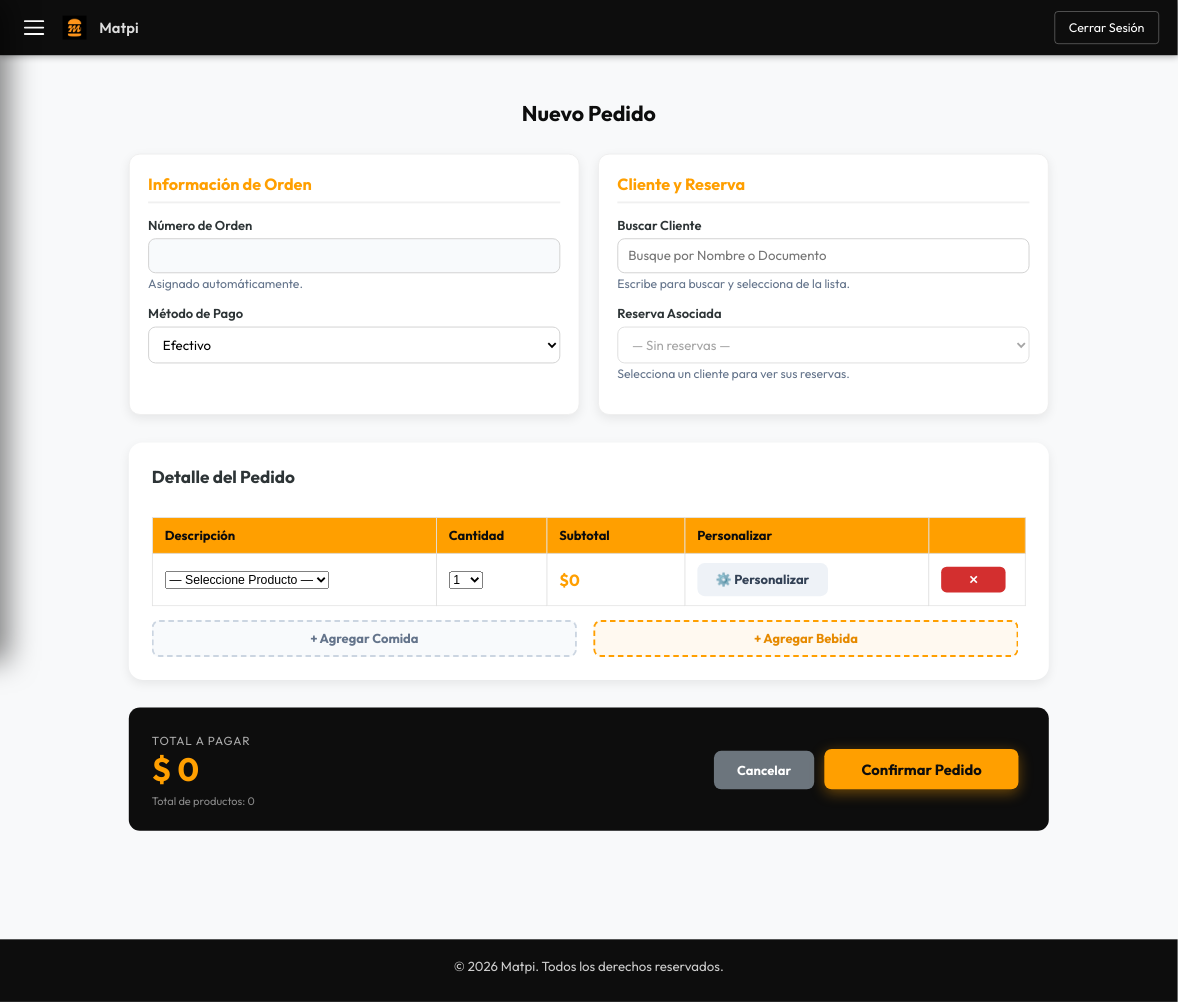
Repository: JuanFelipeNieto/MATPI-Python
Page: MATPI/Pedidos/templates/pedidos/registrar.html
These files come from the project's save history. The page is drawn as it stood at one moment and after the next save; the edit follows.
The browser window is 1280 px wide. The pictures show the whole page, at 92% of full size.
The template is drawn by Django 5.2. The application's start-up code is not run. Other server files are loaded and not shown. The template is opened directly, without the code that normally fills it, so the values that code supplies are empty.

Above is the page before, as saved 2026-03-17 19:40:42.

### MATPI/Pedidos/templates/pedidos/registrar.html
{% extends 'base.html' %}

{% block title %}Registrar Pedido — Matpi{% endblock %}

{% block extra_css %}
<style>
    .order-grid {
        display: grid;
        grid-template-columns: repeat(auto-fit, minmax(300px, 1fr));
        gap: 20px;
        margin-bottom: 30px;
    }
    .order-card {
        background: #fff;
        padding: 20px;
        border-radius: 12px;
        box-shadow: var(--shadow);
        border: 1px solid #eee;
    }
    .order-card h3 {
        font-size: 1.1rem;
        margin-bottom: 15px;
        color: var(--primary);
        border-bottom: 2px solid #f0f0f0;
        padding-bottom: 8px;
    }
    .products-section {
        background: #fff;
        padding: 25px;
        border-radius: 15px;
        box-shadow: var(--shadow);
        margin-bottom: 30px;
    }
    .total-banner {
        background: var(--black);
        color: var(--white);
        padding: 25px;
        border-radius: 12px;
        display: flex;
        justify-content: space-between;
        align-items: center;
        margin-bottom: 30px;
    }
    .total-banner h2 {
        margin: 0;
        color: var(--primary);
        font-size: 2.2rem;
    }
    .btn-detalles {
        background: #eef2f7;
        color: #334155;
    }
    .btn-detalles:hover {
        background: #e2e8f0;
    }
    .exclusion-item {
        display: flex;
        align-items: center;
        gap: 8px;
        padding: 6px 10px;
        background: #fff;
        border: 1px solid #e2e8f0;
        border-radius: 6px;
        margin-bottom: 4px;
        cursor: pointer;
        transition: all 0.2s;
    }
    .exclusion-item:hover {
        border-color: var(--primary);
    }
    .exclusion-item input {
        width: auto !important;
        margin: 0;
    }
    .fila-bebida {
        background-color: #fff9f0 !important;
    }
    .subtotal-fila {
        color: var(--primary);
        font-weight: 700;
    }
    .readonly-field {
        background-color: #f8fafc !important;
        font-weight: bold;
        color: var(--primary) !important;
    }
</style>
{% endblock %}

{% block content %}
<div class="formulario-seccion" style="max-width: 1000px; padding: 0; background: transparent; box-shadow: none;">
    <h1 style="margin-bottom: 30px;">Nuevo Pedido</h1>

    <form method="POST" action="{% url 'registrar_pedido' %}" id="order-form">
        {% csrf_token %}

        <div class="order-grid">
            <!-- Información General -->
            <div class="order-card">
                <h3>Información de Orden</h3>
                <div class="form-group">
                    <label for="txt_numero_orden">Número de Orden</label>
                    <input type="number" id="txt_numero_orden" name="txt_numero_orden" value="{{ prox_orden }}" readonly class="readonly-field">
                    <small style="color: #64748b;">Asignado automáticamente.</small>
                </div>
                <div class="form-group">
                    <label for="txt_metodo_pago">Método de Pago</label>
                    <select id="txt_metodo_pago" name="txt_metodo_pago" required>
                        <option value="Efectivo">Efectivo</option>
                        <option value="Tarjeta Débito">Tarjeta Débito</option>
                        <option value="Tarjeta Crédito">Tarjeta Crédito</option>
                        <option value="Nequi">Nequi</option>
                        <option value="Daviplata">Daviplata</option>
                        <option value="PSE">PSE</option>
                    </select>
                </div>
            </div>

            <!-- Cliente y Reserva -->
            <div class="order-card">
                <h3>Cliente y Reserva</h3>
                <div class="form-group">
                    <label for="txt_cliente_search">Buscar Cliente</label>
                    <input type="text" id="txt_cliente_search" list="clientes_list" name="txt_cliente_text" placeholder="Busque por Nombre o Documento" autocomplete="off" oninput="validarYFiltrarReservas(this.value)">
                    <datalist id="clientes_list">
                        {% for cliente in clientes %}
                        <option value="{{ cliente.nombre_completo }} ({{ cliente.id }})">
                        {% endfor %}
                    </datalist>
                    <small style="color: #64748b;">Escribe para buscar y selecciona de la lista.</small>
                </div>
                <div class="form-group">
                    <label for="txt_reserva">Reserva Asociada</label>
                    <select id="txt_reserva" name="txt_reserva" disabled>
                        <option value="">— Sin reservas —</option>
                        {% for reserva in reservas %}
                        <option value="{{ reserva.id }}" data-cliente="{{ reserva.cliente.id }}" style="display: none;">
                            Reserva #{{ reserva.id }} ({{ reserva.fecha|date:"d/m/Y" }})
                        </option>
                        {% endfor %}
                    </select>
                    <small id="reserva-help" style="color: #64748b;">Selecciona un cliente para ver sus reservas.</small>
                </div>
            </div>
        </div>

        <!-- Productos -->
        <div class="products-section">
            <h3 style="margin-bottom: 20px; font-weight: bold;">Detalle del Pedido</h3>
            <div class="table-responsive">
                <table class="custom-table" id="tabla-productos">
                    <thead>
                        <tr style="background: #f8fafc;">
                            <th>Descripción</th>
                            <th style="width: 120px;">Cantidad</th>
                            <th style="width: 150px;">Subtotal</th>
                            <th>Personalizar</th>
                            <th style="width: 50px;"></th>
                        </tr>
                    </thead>
                    <tbody id="body-productos">
                        <tr class="fila-producto" data-indice="0" data-tipo="producto">
                            <td>
                                <select name="producto_id[]" class="form-control select-producto" required onchange="actualizarComposicion_y_Precio(this)">
                                    <option value="">— Seleccione Producto —</option>
                                    {% for producto in productos %}
                                        {% if producto.categoria != 'Bebidas' %}
                                        <option value="{{ producto.id }}" data-precio="{{ producto.precio }}" data-composicion='{{ producto.composicion_json|safe }}'>
                                            {{ producto.nombre_producto }}
                                        </option>
                                        {% endif %}
                                    {% endfor %}
                                </select>
                            </td>
                            <td>
                                <select name="producto_cantidad[]" class="form-control select-cantidad" onchange="calcularTotal()">
                                    {% for i in "123456789"|make_list %}<option value="{{ forloop.counter }}">{{ forloop.counter }}</option>{% endfor %}
                                    <option value="10">10</option>
                                    <option value="15">15</option>
                                    <option value="20">20</option>
                                </select>
                            </td>
                            <td class="subtotal-fila" style="font-size: 1.1rem;">$0</td>
                            <td>
                                <button type="button" class="btn btn-detalles btn-sm" onclick="toggleDetalles(this)">
                                    ⚙️ Personalizar
                                </button>
                                <div class="detalles-producto" style="display: none; margin-top: 10px; background: #f8fafc; padding: 15px; border-radius: 8px; border: 1px solid #e2e8f0;">
                                    <p style="font-size: 0.85rem; font-weight: 600; margin-bottom: 8px; color: #64748b;">REMOVER INGREDIENTES:</p>
                                    <div class="lista-exclusiones"></div>
                                    <div style="margin-top: 12px;">
                                        <label style="font-size: 0.85rem; font-weight: 600; color: #64748b;">NOTAS:</label>
                                        <textarea name="producto_notas_0" class="form-control" rows="1" placeholder="Ej: término medio..."></textarea>
                                    </div>
                                </div>
                            </td>
                            <td>
                                <button type="button" class="btn btn-danger btn-sm" onclick="eliminarFilaProducto(this)" title="Borrar">✕</button>
                            </td>
                        </tr>
                    </tbody>
                </table>
            </div>

            <div style="display: flex; gap: 10px; margin-top: 15px;">
                <button type="button" class="btn btn-azul" onclick="agregarFilaProducto()" style="flex: 1; background: #f8fafc; border: 2px dashed #cbd5e1; color: #64748b;">
                    + Agregar Comida
                </button>
                <button type="button" class="btn btn-azul" onclick="agregarFilaBebida()" style="flex: 1; background: #fff9f0; border: 2px dashed #ff9f00; color: #e68a00;">
                    + Agregar Bebida
                </button>
            </div>
        </div>

        <!-- Total y Acciones -->
        <div class="total-banner">
            <div>
                <span style="text-transform: uppercase; font-size: 0.8rem; letter-spacing: 1px; color: #aaa;">Total a Pagar</span>
                <h2 id="valor-total-display">$0</h2>
                <p style="font-size: 0.75rem; color: #888; margin-top: 5px;">Total de productos: <span id="span-total-items">0</span></p>
            </div>
            <div>
                <a href="{% url 'listar_pedidos' %}" class="btn btn-cancelar" style="padding: 12px 25px;">Cancelar</a>
                <button type="submit" class="btn btn-guardar" style="padding: 12px 40px; font-size: 1rem; box-shadow: 0 4px 15px var(--primary-glow);">
                    Confirmar Pedido
                </button>
            </div>
            <input type="hidden" id="txt_valor" name="txt_valor" value="0">
        </div>
    </form>
</div>

<!-- Template Oculto para Bebidas -->
<div id="select-bebidas-html" style="display: none;">
    <select name="producto_id[]" class="form-control select-producto" required onchange="actualizarComposicion_y_Precio(this)">
        <option value="">— Seleccione Bebida —</option>
        {% for bebida in bebidas %}
        <option value="{{ bebida.id }}" data-precio="{{ bebida.precio }}" data-composicion='[]'>
            {{ bebida.nombre_producto }}
        </option>
        {% endfor %}
    </select>
</div>

<script>
    let contadorFilas = 1;
    const formatter = new Intl.NumberFormat('es-CO', {
        style: 'currency',
        currency: 'COP',
        minimumFractionDigits: 0
    });

    function validarYFiltrarReservas(valor) {
        // Buscar el ID en el formato "Nombre (ID)"
        const match = valor.match(/\((\d+)\)$/);
        if (match) {
            const clienteId = match[1];
            filtrarReservas(clienteId);
        } else {
            // Si el texto no coincide con el formato, limpiamos el filtro de reservas
            filtrarReservas(null);
        }
    }

    function filtrarReservas(clienteId) {
        const selectReserva = document.getElementById('txt_reserva');
        const opciones = selectReserva.options;
        let encontradas = 0;

        // Resetear select
        selectReserva.value = "";

        if (!clienteId) {
            selectReserva.disabled = true;
            for (let i = 1; i < opciones.length; i++) {
                opciones[i].style.display = 'none';
            }
            document.getElementById('reserva-help').innerText = "Selecciona un cliente para ver sus reservas.";
            return;
        }

        for (let i = 1; i < opciones.length; i++) {
            const idC = opciones[i].getAttribute('data-cliente');
            if (idC === clienteId) {
                opciones[i].style.display = 'block';
                encontradas++;
            } else {
                opciones[i].style.display = 'none';
            }
        }

        if (encontradas > 0) {
            selectReserva.disabled = false;
            document.getElementById('reserva-help').innerText = `Se encontraron ${encontradas} reserva(s) para este cliente.`;
        } else {
            selectReserva.disabled = true;
            document.getElementById('reserva-help').innerText = "Este cliente no tiene reservas activas.";
        }
    }

    function agregarFilaProducto() {
        const tbody = document.getElementById('body-productos');
        const filasProds = tbody.querySelectorAll('.fila-producto[data-tipo="producto"]');
        if (filasProds.length === 0) return;

        const nuevaFila = filasProds[0].cloneNode(true);
        resetearFila(nuevaFila, "producto");
        tbody.appendChild(nuevaFila);
    }

    function agregarFilaBebida() {
        const tbody = document.getElementById('body-productos');
        const filasProds = tbody.querySelectorAll('.fila-producto[data-tipo="producto"]');
        if (filasProds.length === 0) return;

        const nuevaFila = filasProds[0].cloneNode(true);
        nuevaFila.classList.add('fila-bebida');
        nuevaFila.setAttribute('data-tipo', 'bebida');

        const tdDesc = nuevaFila.querySelector('td:first-child');
        tdDesc.innerHTML = document.getElementById('select-bebidas-html').innerHTML;
        nuevaFila.querySelector('.btn-detalles').style.display = "none";

        resetearFila(nuevaFila, "bebida");
        tbody.appendChild(nuevaFila);
    }

    function resetearFila(fila, tipo) {
        const select = fila.querySelector('.select-producto');
        const selectCant = fila.querySelector('.select-cantidad');
        const subtotal = fila.querySelector('.subtotal-fila');
        const listaExcl = fila.querySelector('.lista-exclusiones');
        const notas = fila.querySelector('textarea');
        const divDetalles = fila.querySelector('.detalles-producto');

        select.value = "";
        selectCant.value = "1";
        subtotal.innerText = "$0";
        if(listaExcl) listaExcl.innerHTML = "";
        if(divDetalles) divDetalles.style.display = "none";

        const nuevoIndice = contadorFilas++;
        fila.setAttribute('data-indice', nuevoIndice);
        fila.querySelector('textarea')?.setAttribute('name', `producto_notas_${nuevoIndice}`);
        if(notas) notas.value = "";

        calcularTotal();
    }

    function eliminarFilaProducto(boton) {
        const tbody = document.getElementById('body-productos');
        if (tbody.rows.length > 1) {
            boton.closest('tr').remove();
            calcularTotal();
        } else {
            alert("El pedido debe tener al menos un item.");
        }
    }

    function toggleDetalles(boton) {
        const div = boton.nextElementSibling;
        div.style.display = (div.style.display === "none") ? "block" : "none";
        boton.innerText = (div.style.display === "none") ? "⚙️ Personalizar" : "🔼 Cerrar";
    }

    function actualizarComposicion_y_Precio(selectElement) {
        const fila = selectElement.closest('tr');
        const opcion = selectElement.options[selectElement.selectedIndex];
        const listaExcl = fila.querySelector('.lista-exclusiones');
        const indice = fila.getAttribute('data-indice') || 0;

        if (opcion.value && listaExcl) {
            const composicion = JSON.parse(opcion.getAttribute('data-composicion') || "[]");
            let html = "";
            composicion.forEach(mp => {
                html += `
                    <label class="exclusion-item">
                        <input type="checkbox" name="producto_exclusiones_${indice}[]" value="${mp.id}">
                        <span>Sin ${mp.nombre}</span>
                    </label>
                `;
            });
            listaExcl.innerHTML = html || "<p style='font-size: 0.8rem; color: #94a3b8;'>Sin ingredientes modificables.</p>";
        } else if(listaExcl) {
            listaExcl.innerHTML = "";
        }

        calcularTotal();
    }

    function calcularTotal() {
        let totalGeneral = 0;
        let totalItems = 0;
        const filas = document.querySelectorAll('.fila-producto');

        filas.forEach(fila => {
            const select = fila.querySelector('.select-producto');
            const selectCant = fila.querySelector('.select-cantidad');
            const subtotalFila = fila.querySelector('.subtotal-fila');

            const seleccionada = select.options[select.selectedIndex];
            if (seleccionada && seleccionada.value) {
                const precio = parseFloat(seleccionada.getAttribute('data-precio') || 0);
                const cantidad = parseInt(selectCant.value || 0);
                const totalFila = precio * cantidad;

                subtotalFila.innerText = formatter.format(totalFila);
                totalGeneral += totalFila;
                totalItems += cantidad;
            } else {
                subtotalFila.innerText = "$0";
            }
        });

        const displayTotal = document.getElementById('valor-total-display');
        displayTotal.innerText = formatter.format(totalGeneral);
        document.getElementById('txt_valor').value = totalGeneral;
        document.getElementById('span-total-items').innerText = totalItems;
    }

    document.getElementById('body-productos').addEventListener('change', function(e) {
        if (e.target.classList.contains('select-producto') || e.target.classList.contains('select-cantidad')) {
            calcularTotal();
        }
    });

    window.onload = calcularTotal;
</script>
{% endblock %}

Loaded but not shown: MATPI/static/css/matpi.css (795 lines, source omitted); MATPI/templates/base.html (178 lines, source omitted)

After the next save:
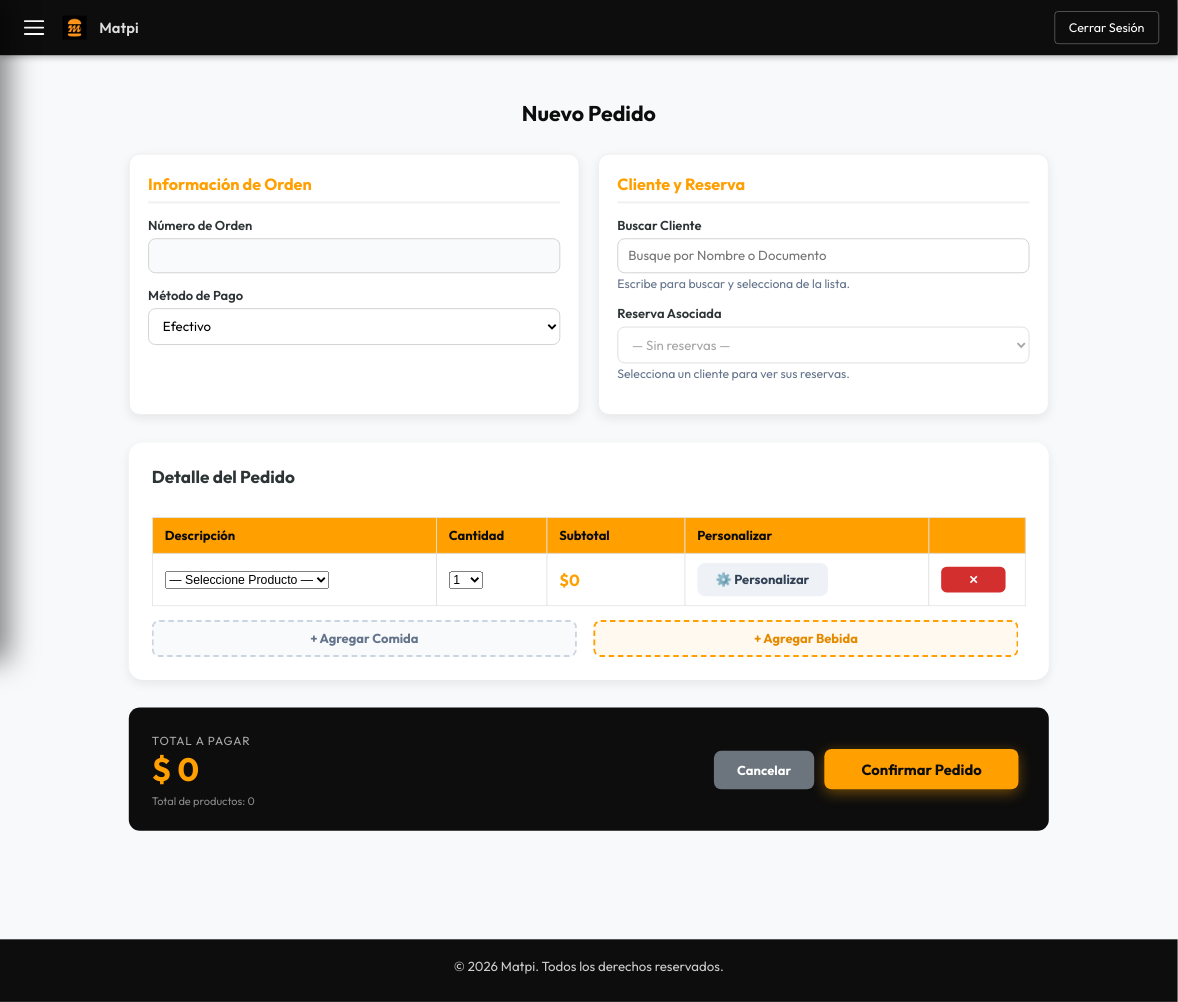
Saved 24 s later.
--- a/MATPI/Pedidos/templates/pedidos/registrar.html
+++ b/MATPI/Pedidos/templates/pedidos/registrar.html
@@ -101,7 +101,6 @@
                 <div class="form-group">
                     <label for="txt_numero_orden">Número de Orden</label>
                     <input type="number" id="txt_numero_orden" name="txt_numero_orden" value="{{ prox_orden }}" readonly class="readonly-field">
-                    <small style="color: #64748b;">Asignado automáticamente.</small>
                 </div>
                 <div class="form-group">
                     <label for="txt_metodo_pago">Método de Pago</label>
